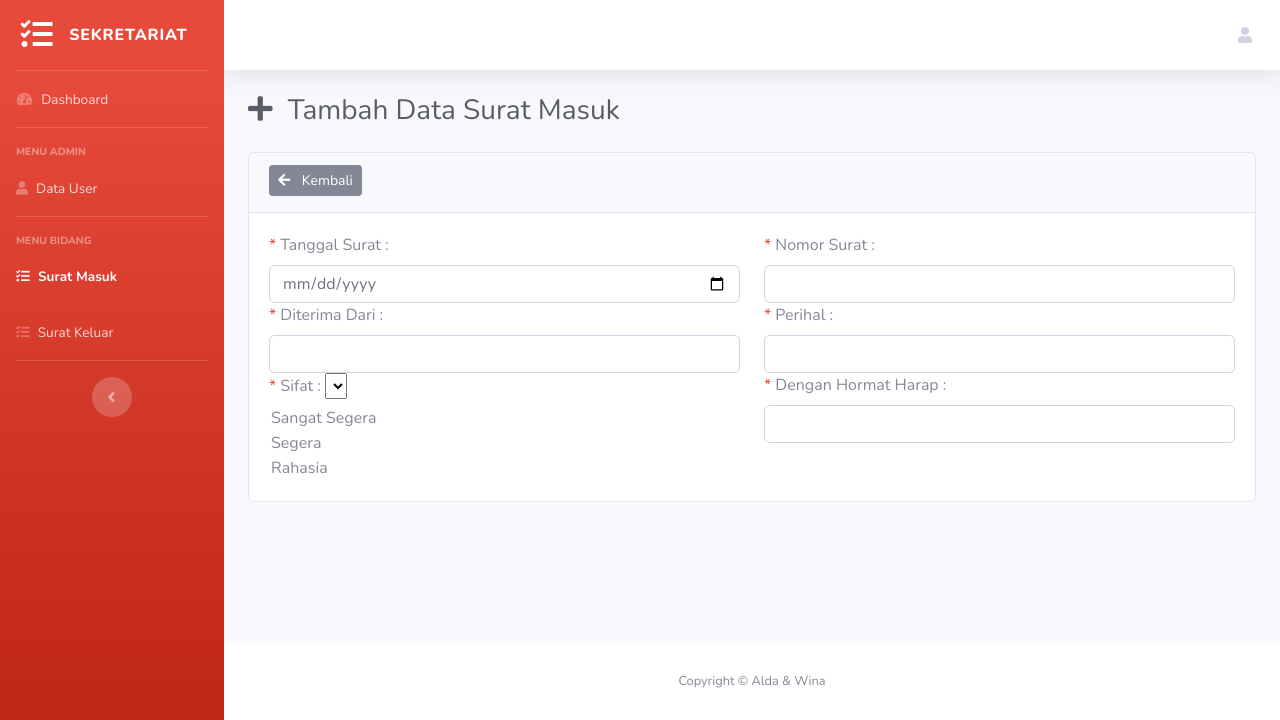
Repository: aldasamrotulfuadah/projek-PKL
Page: http://localhost/suratmasuk/create
These files come from the project's save history. The page is drawn as it stood at one moment and after a run of saves; the edit follows.
The browser window is 1280 px wide. The pictures show the whole page.
The page is served by the project's Laravel application, run on PHP 8.4 with Laravel 12. A made-up administrator, Test User (test@example.com), is signed in. Other server files are loaded and not shown.

Above is the page before, as saved 2026-03-12 11:12:28.

### routes/web.php
<?php

use App\Http\Controllers\AuthController;
use App\Http\Controllers\DashboardController;
use App\Http\Controllers\SuratKeluarController;
use App\Http\Controllers\SuratMasukController;
use App\Http\Controllers\UserController;
use Illuminate\Support\Facades\Route;




Route::get('/', function () {
    return view('welcome');
})->name('welcome');

// Login
Route::get('/login', [AuthController::class, 'login'])->name('login');
Route::post('/login', [AuthController::class, 'loginProses'])->name('loginProses');

//user
Route::get('/user', [UserController::class, 'user'])->name('user');
Route::get('/user/create', [UserController::class, 'create'])->name('userCreate');
Route::post('/user/store', [UserController::class, 'store'])->name('userStore');
Route::get('/user/edit/{id}', [UserController::class, 'edit'])->name('userEdit');
Route::post('/user/update/{id}', [UserController::class, 'update'])->name('userUpdate');
Route::delete('/user/destroy/{id}', [UserController::class, 'destroy'])->name('userDestroy');

// Logout
Route::get('/logout', [AuthController::class, 'logout'])->name('logout');

Route::middleware('checkLogin')->group(function(){
    // Dashboard
    Route::get('/dashboard', [DashboardController::class, 'index'])->name('dashboard');
    // Surat Masuk
    Route::get('/suratmasuk', [SuratMasukController::class, 'index'])->name('suratmasuk');
    Route::get('/suratmasuk/create', [SuratMasukController::class, 'create'])->name('suratmasukCreate');


    // Surat Keluar
    Route::get('/suratkeluar', [SuratKeluarController::class, 'index'])->name('suratkeluar');

});

### app/Models/User.php
<?php

namespace App\Models;

// use Illuminate\Contracts\Auth\MustVerifyEmail;
use Illuminate\Database\Eloquent\Factories\HasFactory;
use Illuminate\Foundation\Auth\User as Authenticatable;
use Illuminate\Notifications\Notifiable;

class User extends Authenticatable
{
    use HasFactory, Notifiable;

    /**
     * The attributes that are mass assignable.
     *
     * @var array<int, string>
     */
    protected $fillable = [
        'nama',
        'email',
        'Jabatan',
        'is_tugas',
        'password',
    ];

    /**
     * The attributes that should be hidden for serialization.
     *
     * @var array<int, string>
     */
    protected $hidden = [
        'password',
        'remember_token',
    ];

    /**
     * Get the attributes that should be cast.
     *
     * @return array<string, string>
     */
    protected function casts(): array
    {
        return [
            'email_verified_at' => 'datetime',
            'password' => 'hashed',
        ];
    }
}

### app/Http/Controllers/SuratMasukController.php
<?php

namespace App\Http\Controllers;

use App\Models\SuratMasuk;
use Illuminate\Http\Request;

class SuratMasukController extends Controller
{
    public function index(){
        $data = array(
            'title'   => 'Data Surat Masuk',
            'menuSuratMasuk'   => 'active',
            'suratmasuk'   => suratmasuk::get(),
        );
        return view('suratm/suratmasuk',$data);
    }

    public function create(){
        $data = array(
            'title'   => 'Tambah Data Surat Masuk',
            'menuSuratMasuk'   => 'active',
        );
        return view('suratm/create',$data);
    }

}

### resources/views/suratm/create.blade.php
@extends('layouts/app')

@section('content')

    <h1 class="h3 mb-4 text-gray-800">
        <i class="fas fa-plus mr-2"></i>
       {{ $title }}
    </h1>


    <div class="card">
        <div class="card-header d-flex flex-wrap justify-content-center justify-content-xl-between">
            <div class="mb-1 mr-2">
                <a href="{{ route('suratmasuk') }}" class="btn btn-sm btn-secondary">
                    <i class="fas fa-arrow-left mr-2"></i>
                Kembali
                </a>
            </div>
        </div>
        <div class="card-body">
            <div class="row">
                <div class="col-6">
                    <label class="form-label">
                        <span class="text-danger">*</span>
                        Tanggal Surat :
                    </label>
                    <input type="date" name="tanggal" class="form-control">
                </div>
                <div class="col-6">
                    <label class="form-label">
                        <span class="text-danger">*</span>
                        Nomor Surat :
                    </label>
                    <input type="text" name="nomor" class="form-control">
                </div>
            </div>
            <div class="row">
                <div class="col-6">
                    <label class="form-label">
                        <span class="text-danger">*</span>
                        Diterima Dari :
                    </label>
                    <input type="text" name="diterima_dari" class="form-control">
                </div>
                <div class="col-6">
                    <label class="form-label">
                        <span class="text-danger">*</span>
                        Perihal :
                    </label>
                    <input type="text" name="perihal" class="form-control">
                </div>
            </div>
            <div class="row">
                <div class="col-6">
                    <label class="form-label">
                        <span class="text-danger">*</span>
                        Sifat :
                    </label>
                    <select name="sifat" class="form-"></select>
                  <option value="Sangat_Segera">Sangat Segera</option>
                  <option value="Segera">Segera</option>
                  <option value="Rahasia">Rahasia</option>
                </div>
                <div class="col-6">
                    <label class="form-label">
                        <span class="text-danger">*</span>
                        Dengan Hormat Harap :
                    </label>
                    <input type="text" name="perihal" class="form-control">
                </div>
            </div>
        </div>
    </div>



@endsection

### resources/views/layouts/app.blade.php
@include('layouts/header')

<body id="page-top">

    <!-- Page Wrapper -->
    <div id="wrapper">

@include('layouts/sidebar')

        <!-- Content Wrapper -->
        <div id="content-wrapper" class="d-flex flex-column">

            <!-- Main Content -->
            <div id="content">

                <!-- Topbar -->
                <nav class="navbar navbar-expand navbar-light bg-white topbar mb-4 static-top shadow">

                    <!-- Sidebar Toggle (Topbar) -->
                    <button id="sidebarToggleTop" class="btn btn-link d-md-none rounded-circle mr-3">
                        <i class="fa fa-bars"></i>
                    </button>

                    <!-- Topbar Navbar -->
                    <ul class="navbar-nav ml-auto">

                        <!-- Nav Item - User Information -->
                        <li class="nav-item dropdown no-arrow">
                            <a class="nav-link dropdown-toggle" href="#" id="userDropdown" role="button"
                                data-toggle="dropdown" aria-haspopup="true" aria-expanded="false">
                                <span class="mr-2 d-none d-lg-inline text-gray-600 small">
                                    {{ auth()->user()->nama }}
                                </span>
                                <i class="fas fa-user"></i>
                            </a>
                            <!-- Dropdown - User Information -->
                            <div class="dropdown-menu dropdown-menu-right shadow animated--grow-in"
                                aria-labelledby="userDropdown">
                                <a class="dropdown-item" href="#">
                                    <div class="badge badge-secondary justify-content-center d-flex">
                                         {{ auth()->user()->Jabatan }}
                                    </div>
                                </a>
                                <a class="dropdown-item" href="#">
                                    <i class="fas fa-cogs fa-sm fa-fw mr-2 text-gray-400"></i>
                                    Pengaturan
                                </a>
                                <div class="dropdown-divider"></div>
                                <a class="dropdown-item" href="{{ route('logout') }}">
                                    <i class="fas fa-sign-out-alt fa-sm fa-fw mr-2 text-gray-400"></i>
                                    Logout
                                </a>
                            </div>
                        </li>

                    </ul>

                </nav>
                <!-- End of Topbar -->

                <!-- Begin Page Content -->
                <div class="container-fluid">

                    @yield('content')

                </div>
                <!-- /.container-fluid -->

            </div>
            <!-- End of Main Content -->

            <!-- Footer -->
            <footer class="sticky-footer bg-white">
                <div class="container my-auto">
                    <div class="copyright text-center my-auto">
                        <span>Copyright &copy; Alda & Wina</span>
                    </div>
                </div>
            </footer>
            <!-- End of Footer -->

        </div>
        <!-- End of Content Wrapper -->

    </div>
    <!-- End of Page Wrapper -->

    <!-- Scroll to Top Button-->
    <a class="scroll-to-top rounded" href="#page-top">
        <i class="fas fa-angle-up"></i>
    </a>

    <!-- Logout Modal-->
    <div class="modal fade" id="logoutModal" tabindex="-1" role="dialog" aria-labelledby="exampleModalLabel"
        aria-hidden="true">
        <div class="modal-dialog" role="document">
            <div class="modal-content">
                <div class="modal-header">
                    <h5 class="modal-title" id="exampleModalLabel">Ready to Leave?</h5>
                    <button class="close" type="button" data-dismiss="modal" aria-label="Close">
                        <span aria-hidden="true">×</span>
                    </button>
                </div>
                <div class="modal-body">Select "Logout" below if you are ready to end your current session.</div>
                <div class="modal-footer">
                    <button class="btn btn-secondary" type="button" data-dismiss="modal">Cancel</button>
                    <a class="btn btn-primary" href="login.html">Logout</a>
                </div>
            </div>
        </div>
    </div>

@include('layouts/footer')

### resources/views/layouts/header.blade.php
<!DOCTYPE html>
<html lang="en">

<head>

    <meta charset="utf-8">
    <meta http-equiv="X-UA-Compatible" content="IE=edge">
    <meta name="viewport" content="width=device-width, initial-scale=1, shrink-to-fit=no">
    <meta name="description" content="">
    <meta name="author" content="">

    <title>Masuk.in | Dashboard {{ $title }}</title>

    <!-- Custom fonts for this template-->
    <link href="{{ asset('sbadmin2/vendor/fontawesome-free/css/all.min.css') }}" rel="stylesheet" type="text/css">
    <link href="https://fonts.googleapis.com/css?family=Nunito:200,200i,300,300i,400,400i,600,600i,700,700i,800,800i,900,900i"
        rel="stylesheet">

    <!-- Custom styles for this template-->
    <link href="{{ asset('sbadmin2/css/sb-admin-2.min.css') }}" rel="stylesheet">
     <link href="{{ asset('sbadmin2/vendor/datatables/dataTables.bootstrap4.min.css') }}" rel="stylesheet">

</head>

### resources/views/layouts/sidebar.blade.php
        <!-- Sidebar -->
        <ul class="navbar-nav bg-gradient-danger sidebar sidebar-dark accordion" id="accordionSidebar">

            <!-- Sidebar - Brand -->
            <a class="sidebar-brand d-flex align-items-center justify-content-center" href="index.html">
                <div class="sidebar-brand-icon">
                    <i class="fas fa-tasks"></i>
                </div>
                <div class="sidebar-brand-text mx-3">Sekretariat</div>
            </a>

            <!-- Divider -->
            <hr class="sidebar-divider my-0">

            <!-- Nav Item - Dashboard -->
            <li class="nav-item {{ $menuDashboard ?? '' }}">
                <a class="nav-link" href="{{ route('dashboard') }}">
                    <i class="fas fa-fw fa-tachometer-alt"></i>
                    <span>Dashboard</span></a>
            </li>

            <!-- Divider -->
            <hr class="sidebar-divider">

            <!-- Heading -->
            <div class="sidebar-heading">
                Menu Admin
            </div>

            <!-- Nav Item - Charts -->
            <li class="nav-item {{ $menuAdminUser ?? '' }}">
                <a class="nav-link" href="{{ route('user') }}">
                    <i class="fas fa-user"></i>
                    <span>Data User</span></a>

                    <!-- Divider -->
                    <hr class="sidebar-divider">

                <div class="sidebar-heading">
                    Menu Bidang
                </div>
                <!-- Nav Item - Charts -->
                <li class="nav-item {{ $menuSuratMasuk ?? '' }}">
                    <a class="nav-link" href="{{ route('suratmasuk') }}">
                        <i class="fas fa-tasks"></i>
                        <span>Surat Masuk</span></a>
                </li>

                <!-- Nav Item - Tables -->
                <li class="nav-item {{ $menuSuratKeluar ?? '' }}">
                    <a class="nav-link" href="{{ route('suratkeluar') }}">
                        <i class="fas fa-tasks"></i>
                        <span>Surat Keluar</span></a>
                </li>

                <!-- Divider -->
                <hr class="sidebar-divider d-none d-md-block">

                <!-- Sidebar Toggler (Sidebar) -->
                <div class="text-center d-none d-md-inline">
                    <button class="rounded-circle border-0" id="sidebarToggle"></button>
                </div>
            </ul>
        <!-- End of Sidebar -->

### resources/views/layouts/footer.blade.php
<script src="{{ asset('sbadmin2/vendor/jquery/jquery.min.js') }}"></script>
    <script src="{{ asset('sbadmin2/vendor/bootstrap/js/bootstrap.bundle.min.js') }}"></script>
    <script src="{{ asset('sbadmin2/vendor/jquery-easing/jquery.easing.min.js') }}"></script>
    <script src="{{ asset('sbadmin2/js/sb-admin-2.min.js') }}"></script>

    <script src="{{ asset('sbadmin2/vendor/datatables/jquery.dataTables.min.js') }}"></script>
    <script src="{{ asset('sbadmin2/vendor/datatables/dataTables.bootstrap4.min.js') }}"></script>
    <script src="{{ asset('sbadmin2/js/demo/datatables-demo.js') }}"></script>
    <script src="{{ asset('sweetalert2/dist/sweetalert2.all.min.js') }}"></script>

     @session('success')
        <script>
        Swal.fire({
            title: "Sukses",
            text: "{{ session('success') }}",
            icon: "success"
        });
    </script>
    @endsession

    @session('error')
        <script>
        Swal.fire({
            title: "Gagal",
            text: "{{ session('error') }}",
            icon: "gagal"
        });
    </script>
    @endsession


</body>

</html>

Loaded but not shown: app/Http/Controllers/Controller.php (common file); public/sbadmin2/css/sb-admin-2.min.css (library); public/sbadmin2/js/sb-admin-2.min.js (common file); public/sbadmin2/js/demo/datatables-demo.js (common file); public/sweetalert2/dist/sweetalert2.all.min.js (library)

After the next 2 saves:
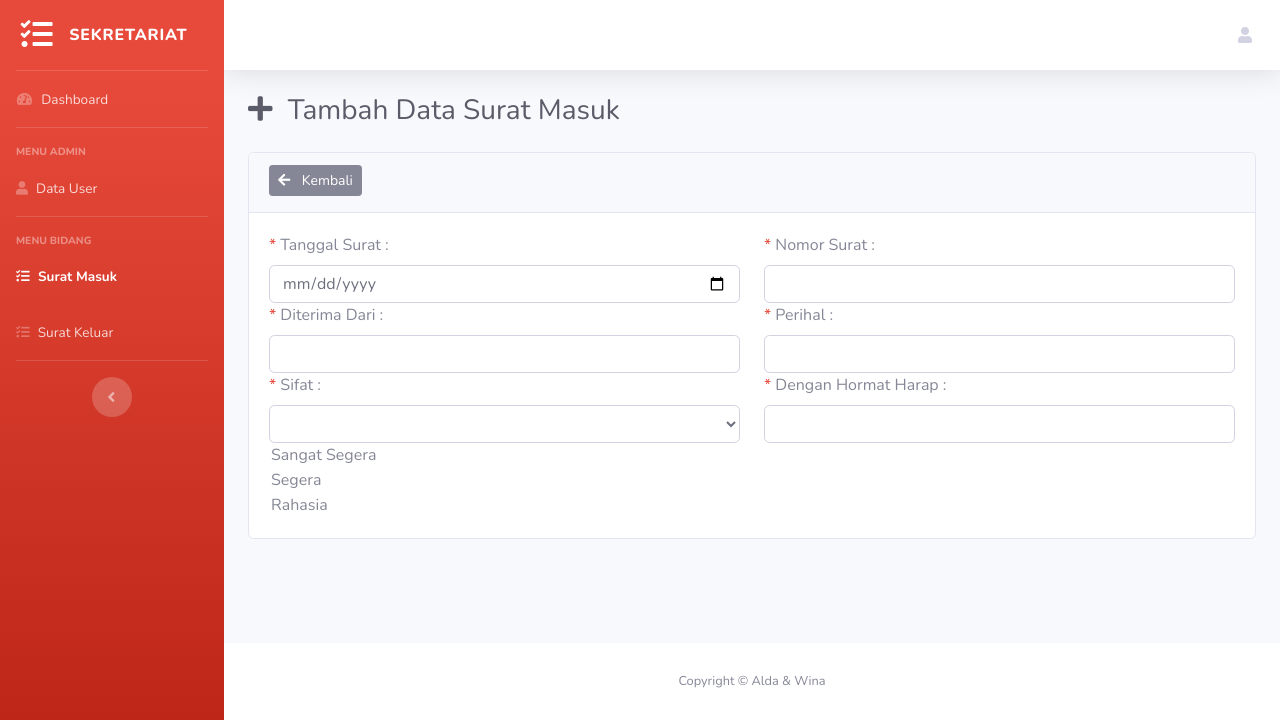
The 2 saves are shown as one change because they came seconds apart.
The last was saved 7 s later.
--- a/resources/views/suratm/create.blade.php
+++ b/resources/views/suratm/create.blade.php
@@ -56,7 +56,7 @@
                         <span class="text-danger">*</span>
                         Sifat :
                     </label>
-                    <select name="sifat" class="form-"></select>
+                    <select name="sifat" class="form-control"></select>
                   <option value="Sangat_Segera">Sangat Segera</option>
                   <option value="Segera">Segera</option>
                   <option value="Rahasia">Rahasia</option>
